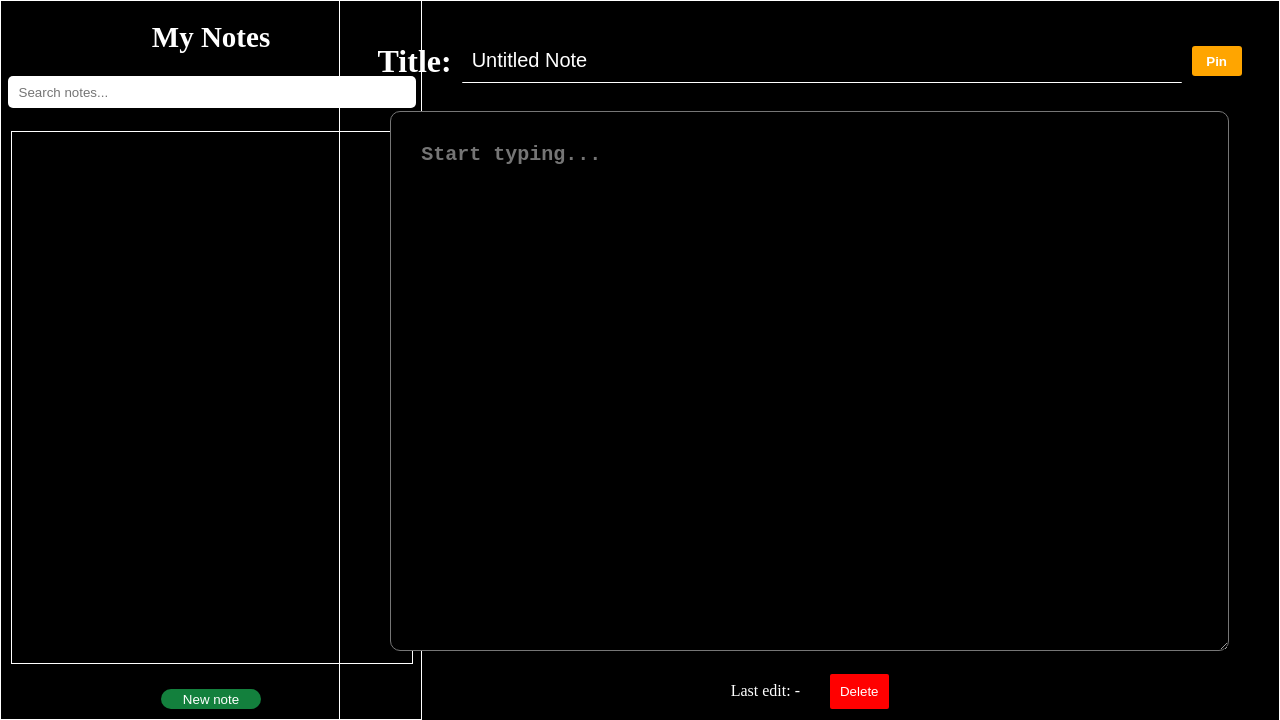
Repository: dmpelaez/myNotes
Page: QuickNotes.html
The author's editor kept a copy of each file at every save. The page is drawn from the files as they stood at one save, then again after a run of saves.
The browser window is 1280 px wide. The pictures show the whole page.

Above is the page before, as saved 2025-12-18 21:46:11.

After the next 2 saves:
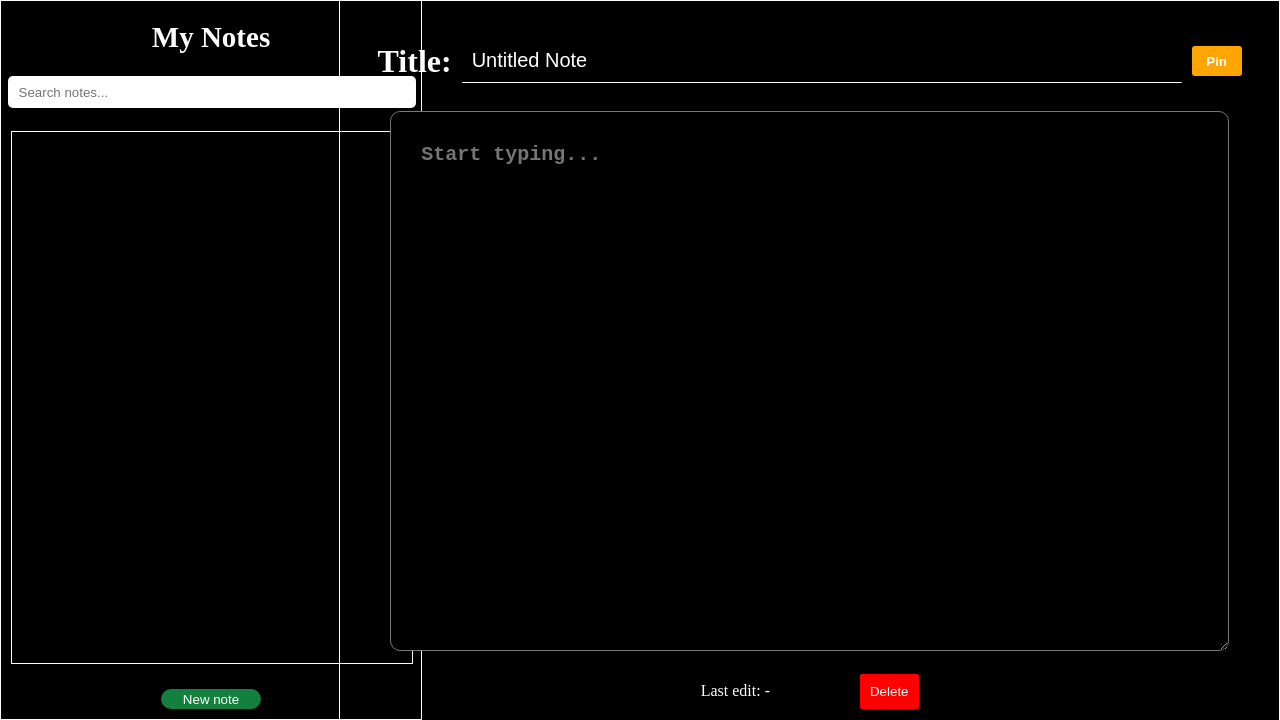
The 2 saves are shown as one change because they came seconds apart.
The last was saved 14 s later.
--- a/QuickNotes.css
+++ b/QuickNotes.css
@@ -145,7 +145,7 @@ body {
   display: flex;
   justify-content: center;
   align-items: center;
-  gap: 30px;
+  gap: 90px;
   margin-bottom: 40px;
 
 }
